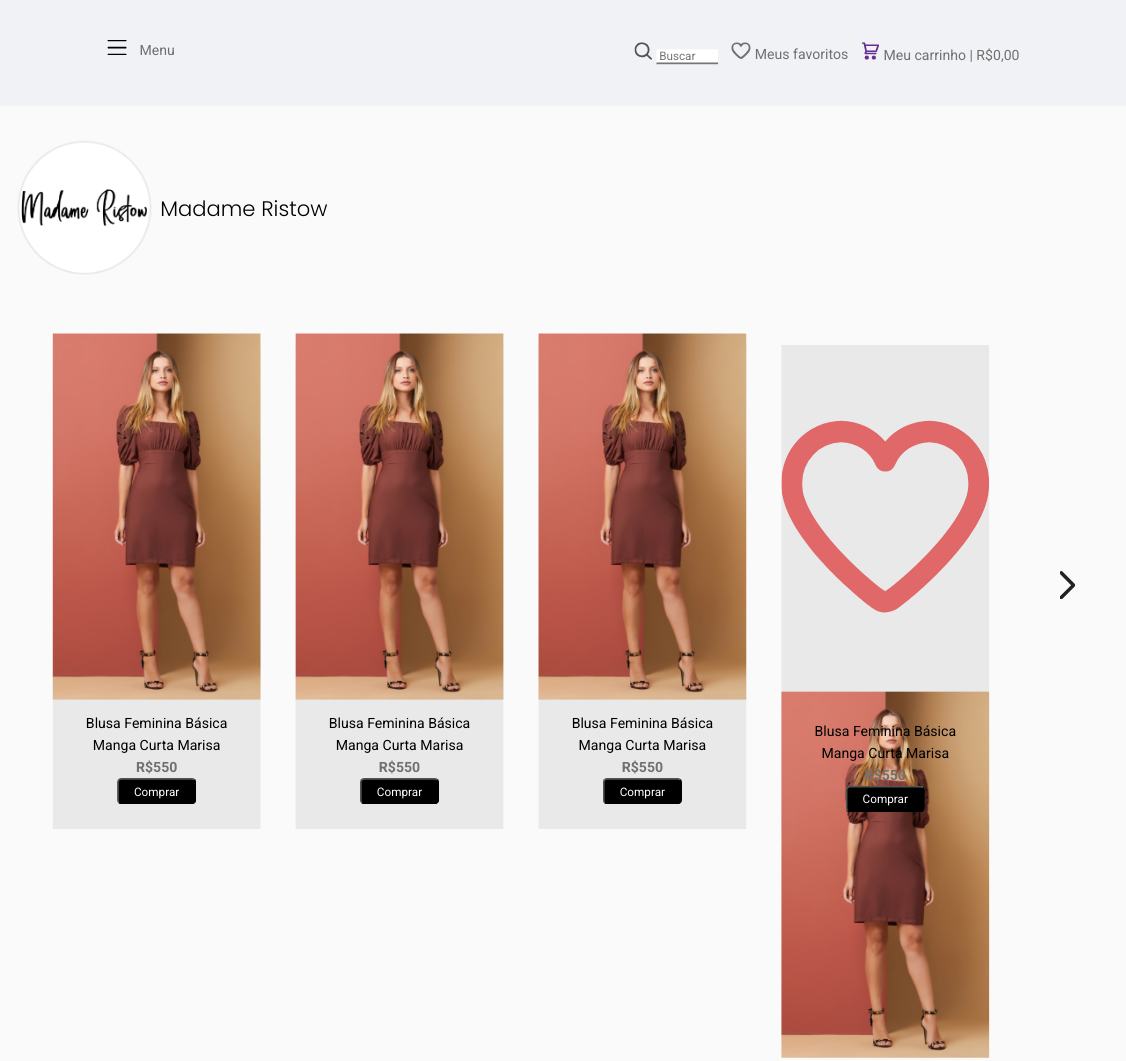
Repository: gutobarbosa/FrontEndLojaVirtual
Page: /
These files come from the project's save history. The page is drawn as it stood at one moment and after a run of saves; the edit follows.
The browser window is 1280 px wide. The pictures show the whole page, at 88% of full size.
The project was rebuilt for these pictures with package versions that can differ from the ones it lists, and the page was loaded fresh each time. Also part of the build but not shown: src/pages/Repository/styles.ts, src/services/api.ts, src/pages/Repository/index.tsx.

Above is the page before, as saved 2020-11-20 23:14:58.

After the next 2 saves:
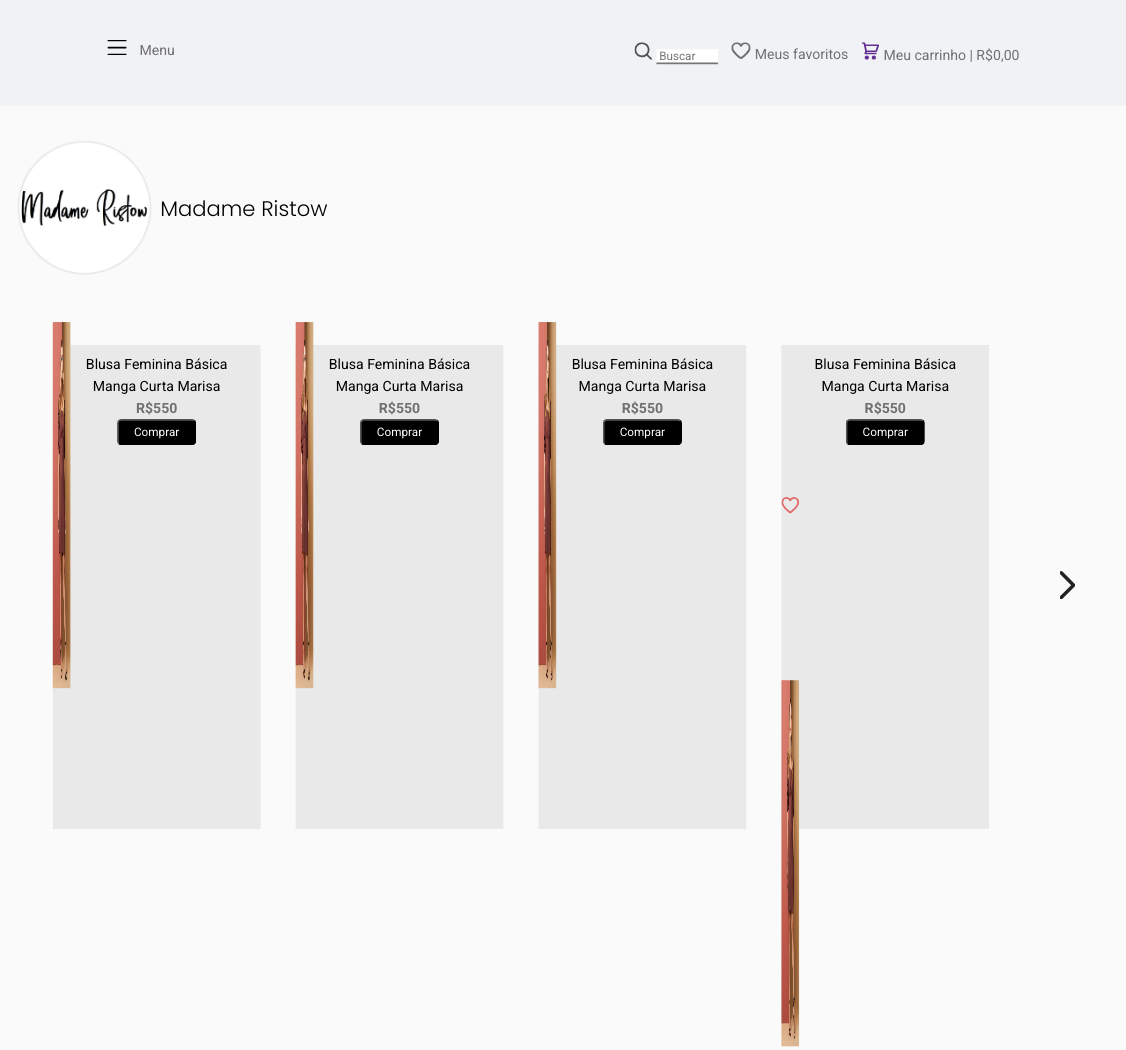
The 2 saves are shown as one change because they came seconds apart.
The last was saved 14 s later.
--- a/src/pages/Dashboard/styles.ts
+++ b/src/pages/Dashboard/styles.ts
@@ -52,7 +52,11 @@
         height: 416px;
         margin-top: -13px;
     }
-
+    .productImage:nth-child(1) {
+        width: 20px;
+        height: 12px;
+        margin-top: -13px;
+    }
 
     .arrowNext {
         margin-left: 80px;

After the save that followed:
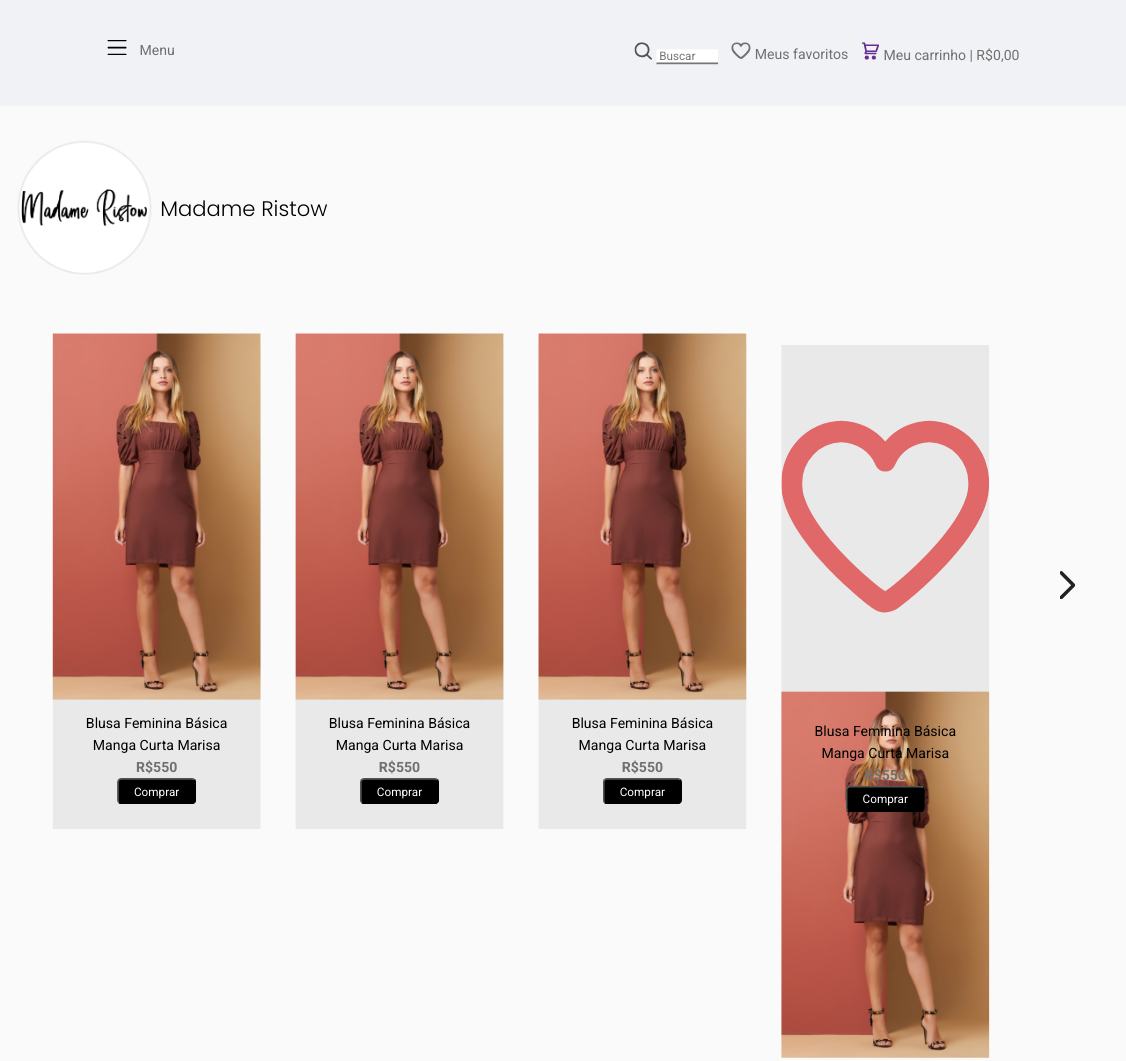
Saved 3 min 6 s later.
--- a/src/pages/Dashboard/styles.ts
+++ b/src/pages/Dashboard/styles.ts
@@ -52,11 +52,6 @@
         height: 416px;
         margin-top: -13px;
     }
-    .productImage:nth-child(1) {
-        width: 20px;
-        height: 12px;
-        margin-top: -13px;
-    }
 
     .arrowNext {
         margin-left: 80px;
